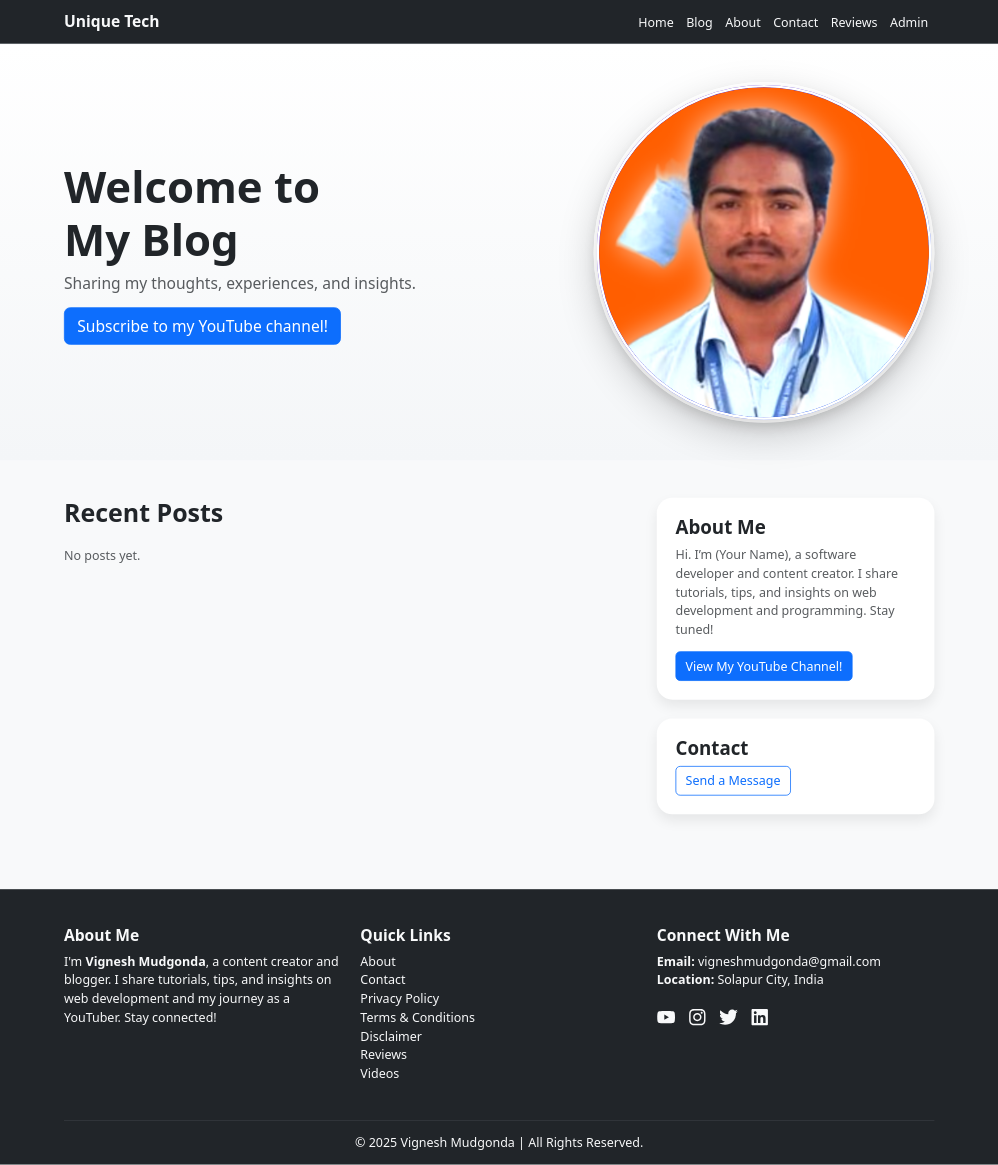
Repository: vigneshmudgonda/Blog2
Page: / (app in blog-frontend-full/)
These files come from the project's save history. The page is drawn as it stood at one moment and after a run of saves; the edit follows.
The browser window is 1280 px wide. The pictures show the whole page, at 78% of full size.
The page's requests for data from a server got no answer. The project was rebuilt for these pictures with package versions that can differ from the ones it lists, and the page was loaded fresh each time. No one was signed in, and anything a server would have sent is missing. Also part of the build but not shown: blog-frontend-full/src/pages/BlogList.js, blog-frontend-full/src/pages/BlogDetail.js, blog-frontend-full/src/pages/Reviews.js, blog-frontend-full/src/pages/Contact.js, blog-frontend-full/src/pages/About.js, blog-frontend-full/src/pages/AdminLogin.js, blog-frontend-full/src/pages/AdminDashboard.js, blog-frontend-full/src/pages/YoutubeVideos.js and 2 more.

Above is the page before, as saved 2025-08-22 19:55:33.

After the next 2 saves:
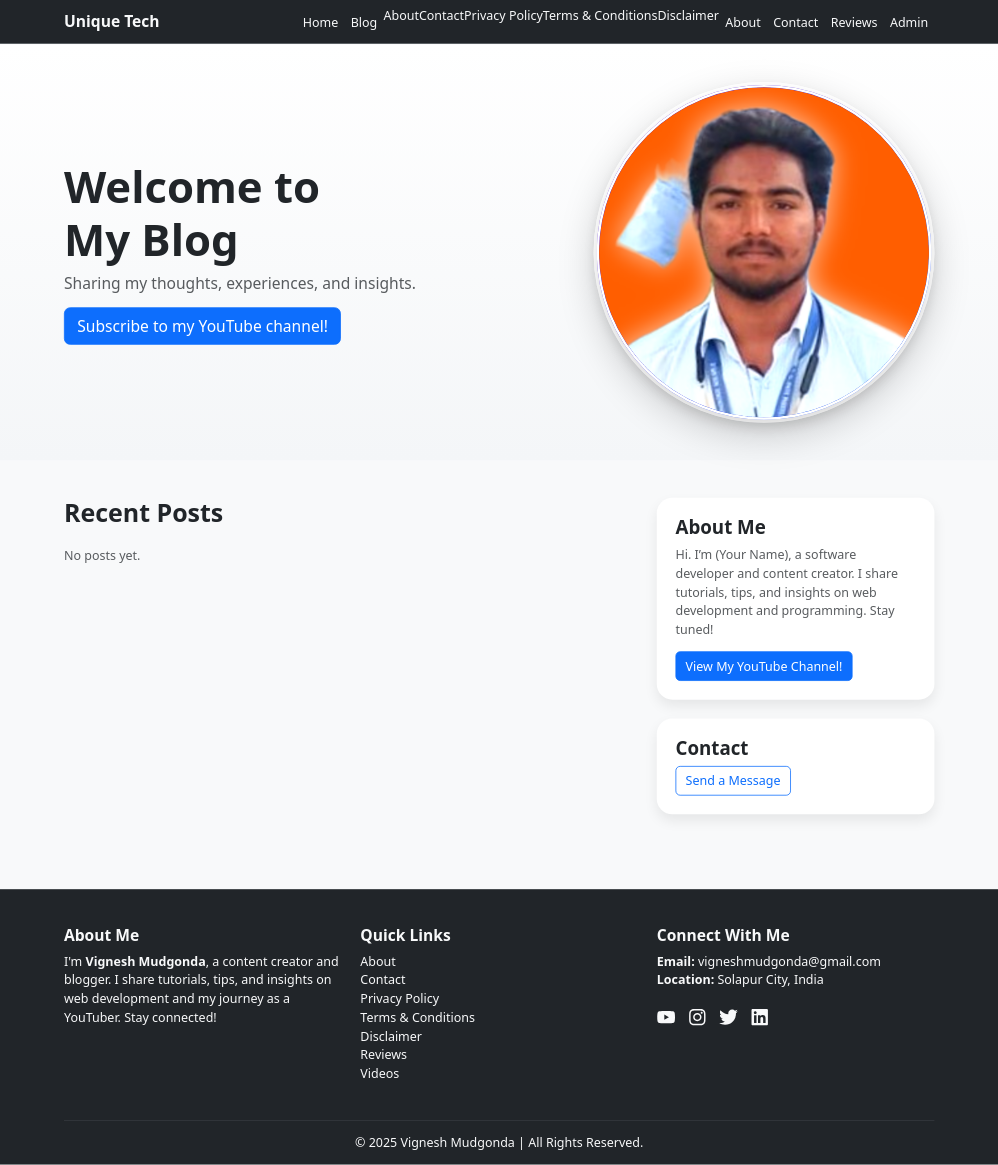
The 2 saves are shown as one change because they came seconds apart.
The last was saved 92 s later.
--- a/blog-frontend-full/src/components/Navbar.js
+++ b/blog-frontend-full/src/components/Navbar.js
@@ -13,6 +13,11 @@
           <ul className="navbar-nav ms-auto">
             <li className="nav-item"><NavLink end className="nav-link text-light " to="/">Home</NavLink></li>
             <li className="nav-item"><NavLink className="nav-link text-light " to="/blog">Blog</NavLink></li>
+                          <li><Link to="/about" className="text-light text-decoration-none">About</Link></li>
+                          <li><Link to="/contact" className="text-light text-decoration-none">Contact</Link></li>
+                          <li><Link to="/Privacy-Policy" className="text-light text-decoration-none">Privacy Policy</Link></li>
+                          <li><Link to="/terms" className="text-light text-decoration-none">Terms & Conditions</Link></li>
+                          <li><Link to="/disclaimer" className="text-light text-decoration-none">Disclaimer</Link></li>
             <li className="nav-item"><NavLink className="nav-link text-light " to="/about">About</NavLink></li>
             <li className="nav-item"><NavLink className="nav-link text-light " to="/contact">Contact</NavLink></li>
             <li className="nav-item"><NavLink className="nav-link text-light " to="/reviews">Reviews</NavLink></li>

After the 2 saves that followed:
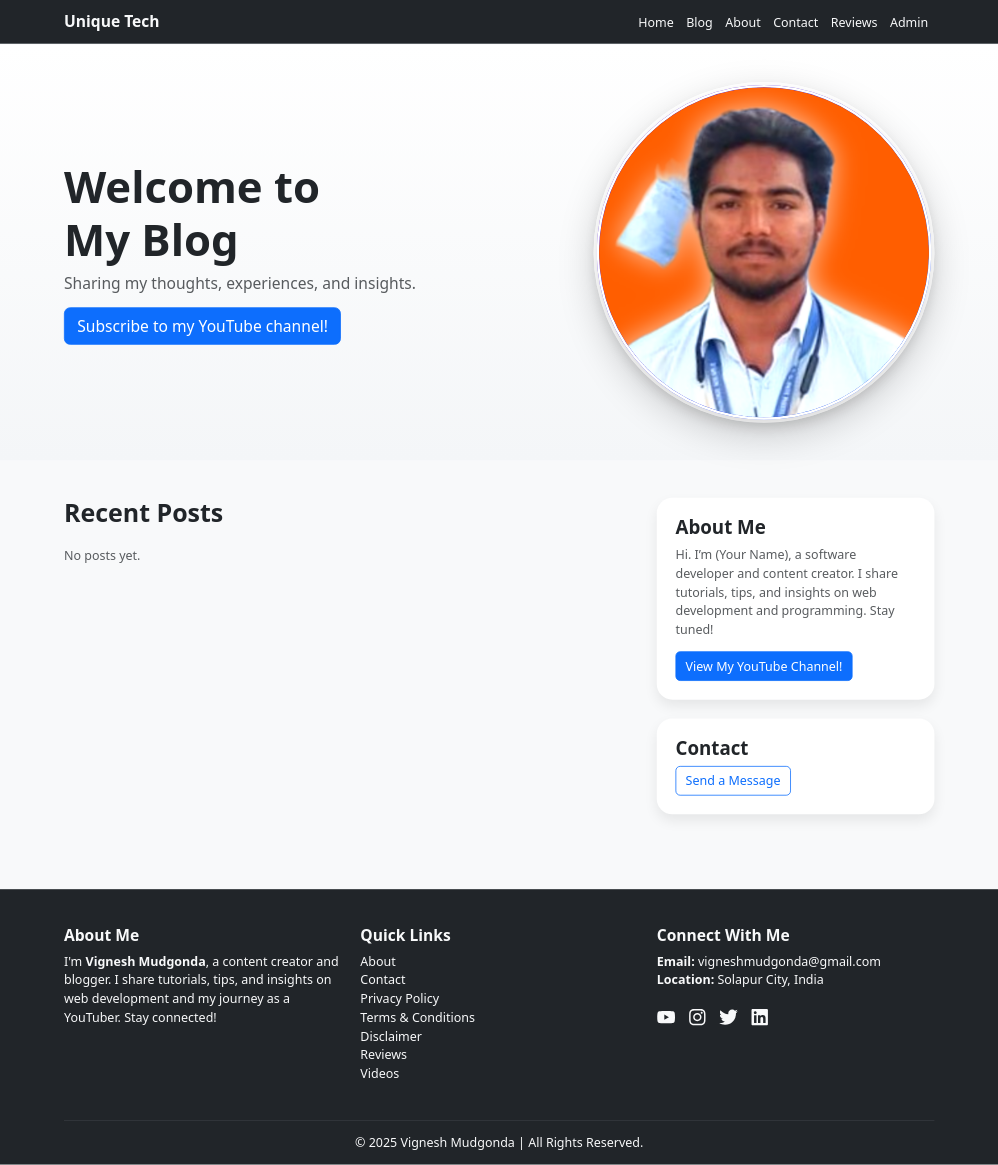
The 2 saves are shown as one change because they came seconds apart.
The last was saved 30 s later.
--- a/blog-frontend-full/src/components/Navbar.js
+++ b/blog-frontend-full/src/components/Navbar.js
@@ -13,11 +13,7 @@
           <ul className="navbar-nav ms-auto">
             <li className="nav-item"><NavLink end className="nav-link text-light " to="/">Home</NavLink></li>
             <li className="nav-item"><NavLink className="nav-link text-light " to="/blog">Blog</NavLink></li>
-                          <li><Link to="/about" className="text-light text-decoration-none">About</Link></li>
-                          <li><Link to="/contact" className="text-light text-decoration-none">Contact</Link></li>
-                          <li><Link to="/Privacy-Policy" className="text-light text-decoration-none">Privacy Policy</Link></li>
-                          <li><Link to="/terms" className="text-light text-decoration-none">Terms & Conditions</Link></li>
-                          <li><Link to="/disclaimer" className="text-light text-decoration-none">Disclaimer</Link></li>
+
             <li className="nav-item"><NavLink className="nav-link text-light " to="/about">About</NavLink></li>
             <li className="nav-item"><NavLink className="nav-link text-light " to="/contact">Contact</NavLink></li>
             <li className="nav-item"><NavLink className="nav-link text-light " to="/reviews">Reviews</NavLink></li>
